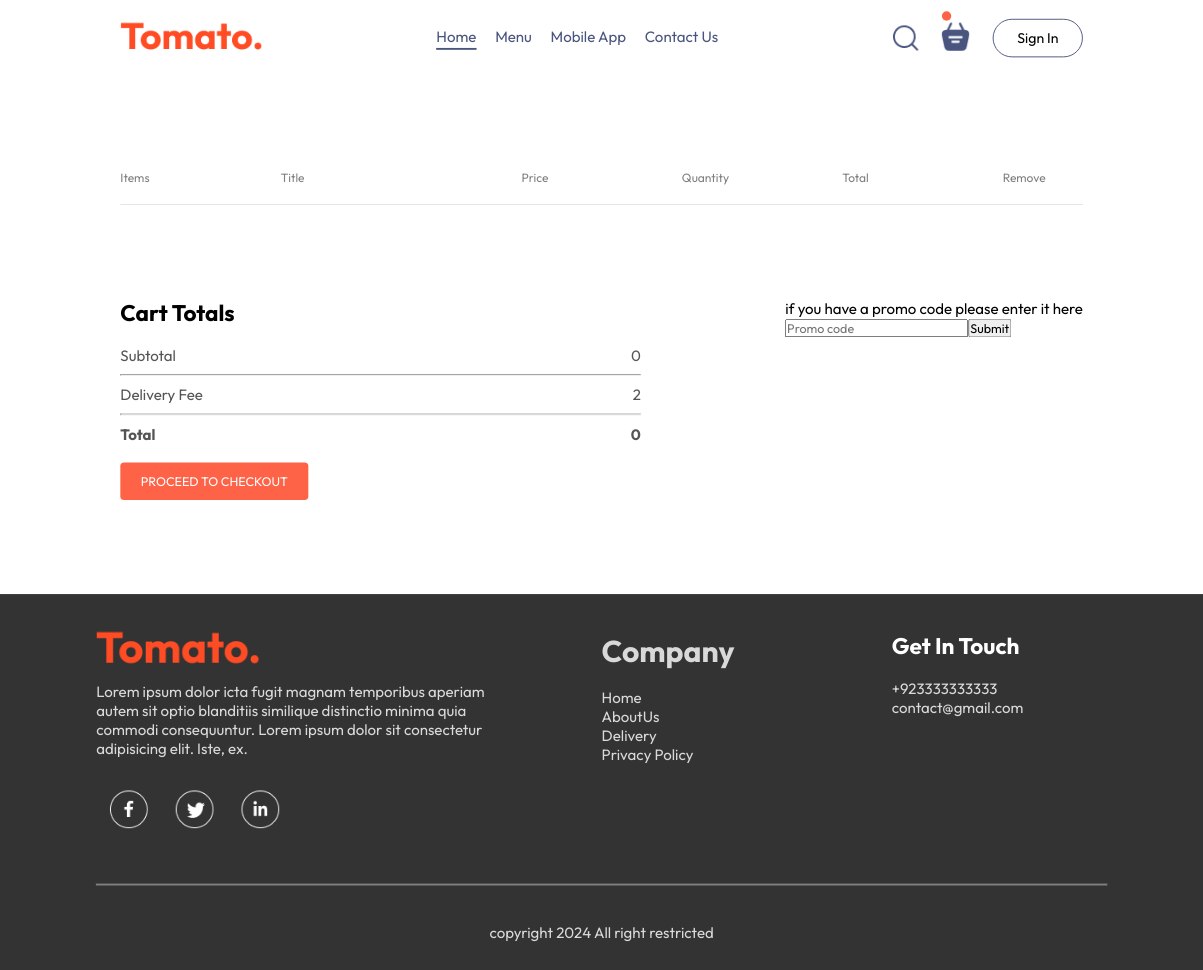
Repository: Attar786/Food-ordering-app
Page: /cart (app in frontend/)
The author's editor kept a copy of each file at every save. The page is drawn from the files as they stood at one save, then again after the next save.
The browser window is 1280 px wide. The pictures show the whole page, at 94% of full size.
The project was rebuilt for these pictures with package versions that can differ from the ones it lists, and the page was loaded fresh each time. Also part of the build but not shown: frontend/vite.config.js, frontend/src/components/Header/Header.css, frontend/src/components/Header/Header.jsx, frontend/src/components/ExploreMenu/ExploreMenu.css, frontend/src/components/ExploreMenu/ExploreMenu.jsx, frontend/src/components/FoodDisplay/FoodDisplay.css, frontend/src/components/FoodItem/FoodItem.css, frontend/src/components/FoodItem/FoodItem.jsx and 8 more.

Above is the page before, as saved 2024-07-30 16:40:41.

After the next save:
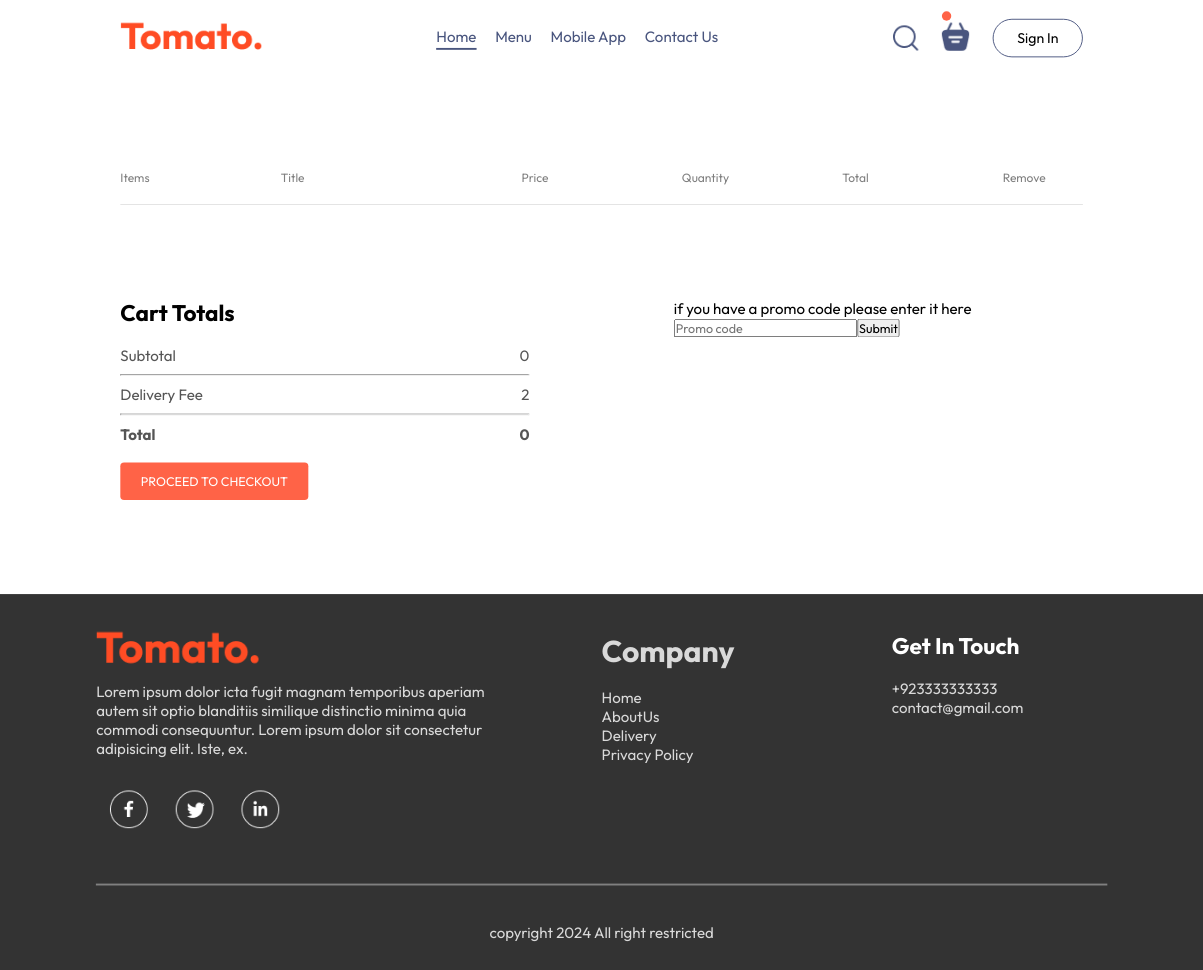
Saved 22 s later.
--- a/frontend/src/pages/Cart/Cart.css
+++ b/frontend/src/pages/Cart/Cart.css
@@ -55,6 +55,7 @@ gap: max(12vw,20px);
     border-radius: 4px;
     padding: 12px 0px;
     cursor: pointer;
-
-
 }
+.cart-promocode{
+    flex: 1;
+}
